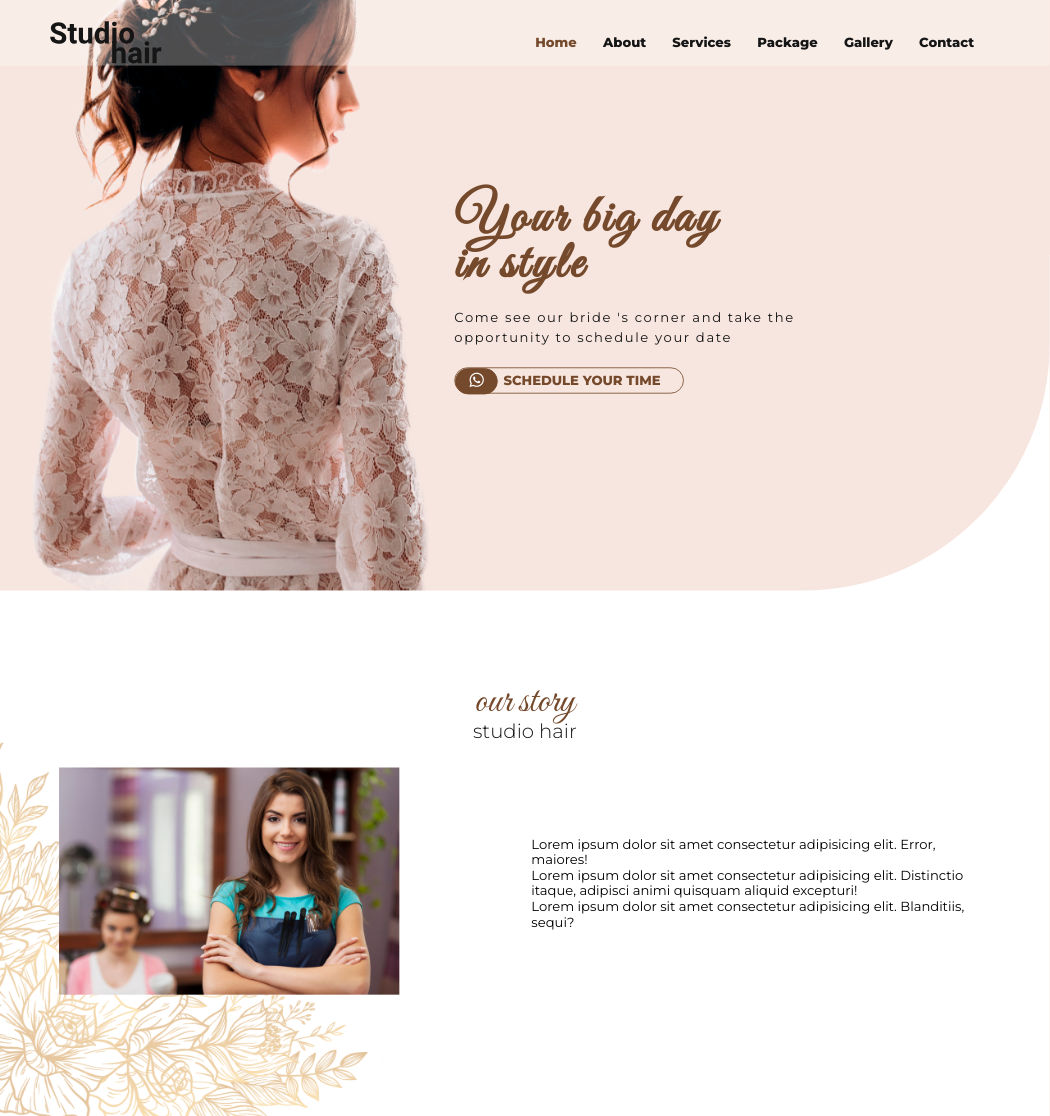
Repository: TuanHuflit2k1/clone-web01
Page: index.html
The author's editor kept a copy of each file at every save. The page is drawn from the files as they stood at one save, then again after a run of saves.
The browser window is 1280 px wide. The pictures show the whole page, at 82% of full size.
Some web libraries are served in a nearby version.

Above is the page before, as saved 2022-04-28 11:14:34.

### index.html
<!DOCTYPE html>
<html lang="en">
  <head>
    <meta charset="UTF-8" />
    <meta http-equiv="X-UA-Compatible" content="IE=edge" />
    <meta name="viewport" content="width=device-width, initial-scale=1.0" />
    <title>Beauty Salon</title>
    <!-- css file -->
    <link rel="stylesheet" href="./style.css" />
    <!-- font awesomw CDN -->
    <link
      rel="stylesheet"
      href="https://cdnjs.cloudflare.com/ajax/libs/font-awesome/6.1.1/css/all.min.css"
      integrity="sha512-KfkfwYDsLkIlwQp6LFnl8zNdLGxu9YAA1QvwINks4PhcElQSvqcyVLLD9aMhXd13uQjoXtEKNosOWaZqXgel0g=="
      crossorigin="anonymous"
      referrerpolicy="no-referrer"
    />
  </head>
  <body>
    <!-- header -->
    <header class="header" id="header">
      <div class="navbar">
        <div class="logo">
          <img src="./img/logo.svg" alt="Logo" />
        </div>
        <nav class="nav-menu" id="nav-menu">
          <ul class="nav-list">
            <li><a href="#" class="nav-link active">home</a></li>
            <li><a href="#about" class="nav-link">about</a></li>
            <li><a href="#services" class="nav-link">services</a></li>
            <li><a href="#package" class="nav-link">package</a></li>
            <li><a href="#gallery" class="nav-link">gallery</a></li>
            <li><a href="#contact" class="nav-link">contact</a></li>
          </ul>
        </nav>
        <div class="nav-toggle" id="nav-toggle">
          <i class="fas fa-bars"></i>
        </div>
      </div>
    </header>
    <!-- end header -->
    <!-- start home section -->
    <section class="home">
      <div class="container">
        <div class="home-img">
          <img src="./img/home-img.png" />
        </div>
        <div class="home-content">
          <h1>Your big day<br /><span>in style</span></h1>
          <p>
            Come see our bride 's corner and take the opportunity to schedule
            your date
          </p>
          <a href="#" class="btn btn-outline">
            <i class="fab fa-whatsapp"></i>
            Schedule your time
          </a>
        </div>
      </div>
    </section>
    <!-- end section home -->
    <!-- start section about -->
    <section class="about" id="about">
      <div class="container">
        <div class="section-title">
          <h1>our story</h1>
          <span>studio hair</span>
        </div>
        <div class="about-detail">
          <div class="about-detal-content">
            <div class="about-img">
              <img src="./img/about-img.jpg" />
            </div>
            <div class="about-description">
              <p>
                Lorem ipsum dolor sit amet consectetur adipisicing elit. Error,
                maiores!
              </p>
              <p>
                Lorem ipsum dolor sit amet consectetur adipisicing elit.
                Distinctio itaque, adipisci animi quisquam aliquid excepturi!
              </p>
              <p>
                Lorem ipsum dolor sit amet consectetur adipisicing elit.
                Blanditiis, sequi?
              </p>
            </div>
          </div>
        </div>
      </div>
    </section>
    <!-- link js -->
    <script src="./main.js"></script>
  </body>
</html>

### style.css
/* font */
@import url("https://fonts.googleapis.com/css2?family=Great+Vibes&family=Montserrat:wght@300;400;600;800&display=swap");
:root {
  --header-height: 5rem;
  --main-color: #f7e6df;
  --first-color: #75492b;
  --secon-color: #dfd6a7;
  --white-color: #fff;
  --black-color: #151515;

  --font-cursive: "Great Vibes", cursive;
  --font-body: "Montserrat", sans-serif;

  --big-font-size: 3rem;
  --h1-font-size: 2.25rem;
  --h2-font-size: 1.5rem;
  --h3-font-size: 1.25rem;
  --normal-font-size: 1rem;
  --small-font-size: 0.813rem;
}
* {
  box-sizing: border-box;
  margin: 0;
  padding: 0;
  text-decoration: none;
  list-style: none;
  outline: none;
  border: none;
}
html {
  scroll-behavior: smooth;
}
body {
  background-color: var(--white-color);
  font-size: var(--normal-font-size);
  font-family: var(--font-body);
  overflow-x: hidden;
}
/* button */
.btn {
  width: 240px;
  display: flex;
  align-items: center;
  justify-content: center;
  text-align: center;
  background-color: var(--first-color);
  color: var(--white-color);
  border: 1px solid var(--first-color);
  border-radius: 50px;
  font-size: var(--normal-font-size);
  font-weight: bold;
  text-transform: uppercase;
  line-height: 1rem;
  padding: 10px 20px;
  cursor: pointer;
  transition: all 0.4s ease;
}
.btn:hover {
  background-color: transparent;
  color: var(--first-color);
}
.btn-outline {
  width: 280px;
  background-color: transparent;
  color: var(--first-color);
  padding: 5px 10px 5px 0;
  transition: all 0.4s ease;
  position: relative;
}
.btn-outline::before {
  content: "";
  position: absolute;
  top: 0;
  left: 0;
  width: 18%;
  height: 100%;
  background-color: var(--first-color);
  border: 1px solid var(--first-color);
  border-radius: 50px;
  transition: all 0.4s ease-in-out;
}
.btn-outline i {
  margin-right: 1.5rem;
  font-size: var(--h3-font-size);
  color: var(--white-color);
  z-index: 10;
}
.btn-outline:hover::before {
  width: 100%;
  z-index: -1;
}
.btn-outline:hover {
  color: var(--white-color);
  z-index: 10;
}
/* end button */
.header {
  position: fixed;
  top: 0;
  left: 0;
  right: 0;
  height: var(--header-height);
  background-color: rgba(255, 255, 255, 0.3);
  z-index: 10000;
  transition: all 0.4s ease;
}
.scroll-header {
  background-color: var(--white-color);
  box-shadow: 0 4px 6px rgba(0, 0, 0, 0.1);
}
.navbar {
  width: 100%;
  max-width: 1200px;
  margin: 0 auto;
  display: flex;
  justify-content: space-between;
  align-items: center;
  padding: 20px;
}
.nav-menu .nav-list {
  display: flex;
}
.nav-menu li {
  margin-right: 2rem;
}
.nav-link {
  font-size: var(--normal-font-size);
  color: var(--black-color);
  font-weight: bold;
  text-transform: capitalize;
  position: relative;
  transition: all 0.4s ease;
}
.nav-link::before {
  content: "";
  position: absolute;
  width: 0;
  left: 0;
  bottom: 0;
  height: 2px;
  background-color: var(--first-color);
  transition: all 0.4s ease-in-out;
}
.nav-link:hover::before {
  width: 100%;
}
.nav-link:hover,
.nav-link.active {
  color: var(--first-color);
}
.nav-toggle {
  font-size: var(--h1-font-size);
  padding: 5px 5px 0;
  border: 2px solid transparent;
  cursor: pointer;
  z-index: 100;
  display: none;
}
.nav-toggle:hover {
  color: var(--first-color);
  border: 2px solid var(--first-color);
}
/* Start Home Section */
.home {
  width: 100%;
  height: 100vh;
  background-color: var(--main-color);
  border-radius: 0 0 300px 0;
}
.home .container {
  max-width: 1200px;
  margin: 0 auto;
  display: flex;
  flex-wrap: wrap;
}
.home .home-img img {
  max-width: 100%;
  height: 100%;
}
.home .home-content {
  width: 40%;
  height: 100vh;
  display: flex;
  flex-direction: column;
  align-items: flex-start;
  justify-content: center;
}
.home-content h1 {
  font-family: var(--font-cursive);
  font-size: 4rem;
  line-height: 3.5rem;
  letter-spacing: 4px;
  color: var(--first-color);
  margin-bottom: 1.5rem;
}
.home-content p {
  font-weight: 400;
  line-height: 1.5rem;
  letter-spacing: 2px;
  color: var(--black-color);
  margin-bottom: 1.5rem;
}

/* End Home Section */
/* start about section */
.about {
  width: 100%;
  padding: 7rem 0;
  background-image: url(./img/arabesque-left-bottom.svg);
  background-repeat: no-repeat;
  background-position: bottom left;
  z-index: -1;
}
.about .container {
  max-width: 1200px;
  margin: 0 auto;
  display: flex;
  flex-wrap: wrap;
}
.section-title {
  text-align: center;
  margin: 0 auto;
}
.section-title h1 {
  font-family: var(--font-cursive);
  font-size: var(--big-font-size);
  font-weight: 400;
  line-height: 3rem;
  color: var(--first-color);
}
.section-title span {
  font-weight: 300;
  font-size: var(--h2-font-size);
  line-height: 1.5rem;
  color: var(--black-color);
}
.about-detail {
  width: 100%;
  padding: 2rem;
}
.about-detal-content {
    display: grid;
    grid-template-columns: repeat(2,1fr);
    gap: 1rem;
    align-items: center;
    border: ;
}
@media (max-width: 920px) {
  .nav-menu {
    position: absolute;
    top: 0;
    right: 0;
    width: 0;
    height: 100vh;
    background-color: var(--main-color);
    font-size: var(--h2-font-size);
    text-align: center;
    text-transform: capitalize;
    padding-top: var(--header-height);
    box-shadow: 0 0 5px rgba(0, 0, 0, 0.4);
    transition: all 0.4s ease-in-out;
  }
  .show-nav {
    width: 60%;
  }
  .nav-menu .nav-list {
    display: block;
  }
  .nav-menu li {
    padding: 15px 0;
  }
  .nav-link {
    font-size: var(--h3-font-size);
  }
  .nav-toggle {
    display: block;
  }
  .home .home-img img {
    display: none;
  }
  .home .home-content {
    width: 100%;
    height: 100vh;
    display: flex;
    justify-content: center;
    align-items: center;
  }
  .home-content h1 {
    font-size: var(--big-font-size);
  }
  .home-content p {
    padding: 0 2rem;
  }
}

### main.js
//Show Navbar
const nav = document.querySelector(".nav-menu");
const toggle = document.querySelector(".nav-toggle");
toggle.onclick = () => {
  nav.classList.toggle("show-nav");
};
//Remove bar
const navLink = document.querySelectorAll(".nav-link");
function linkAction() {
  nav.classList.remove("show-nav");
}
navLink.forEach((n) => n.addEventListener("click", linkAction));
//change active color
function colorLink() {
  if (navLink) {
    navLink.forEach((n) => n.classList.remove("active"));
    this.classList.add("active");
  }
}
navLink.forEach((l) => l.addEventListener("click", colorLink));

After the next 8 saves:
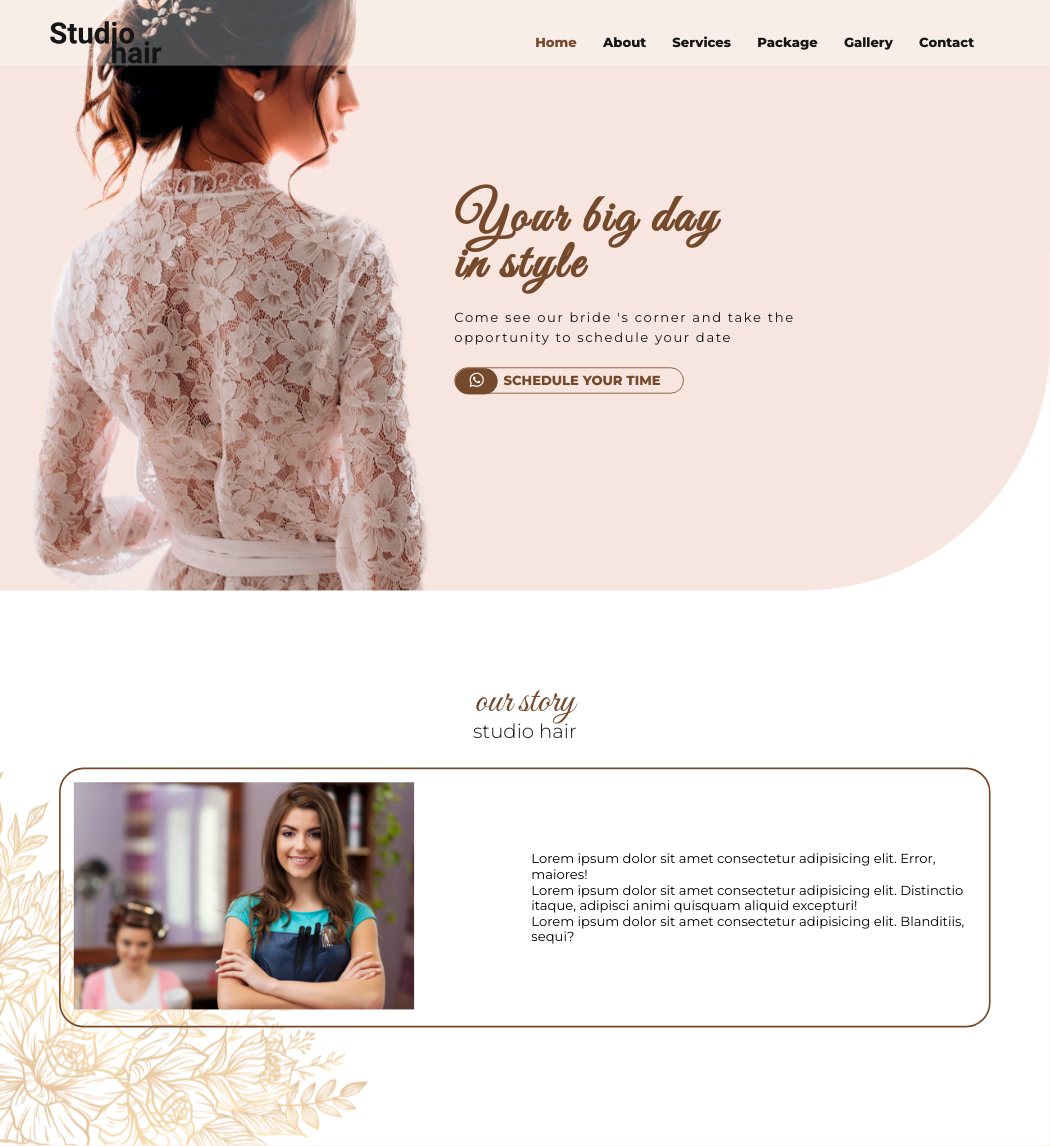
The 8 saves are shown as one change because they came seconds apart.
The last was saved 21 s later.
--- a/style.css
+++ b/style.css
@@ -239,11 +239,13 @@ body {
   padding: 2rem;
 }
 .about-detal-content {
-    display: grid;
-    grid-template-columns: repeat(2,1fr);
-    gap: 1rem;
-    align-items: center;
-    border: ;
+  display: grid;
+  grid-template-columns: repeat(2, 1fr);
+  gap: 1rem;
+  align-items: center;
+  border: 2px solid var(--first-color);
+  border-radius: 30px;
+  padding: 1rem;
 }
 @media (max-width: 920px) {
   .nav-menu {
